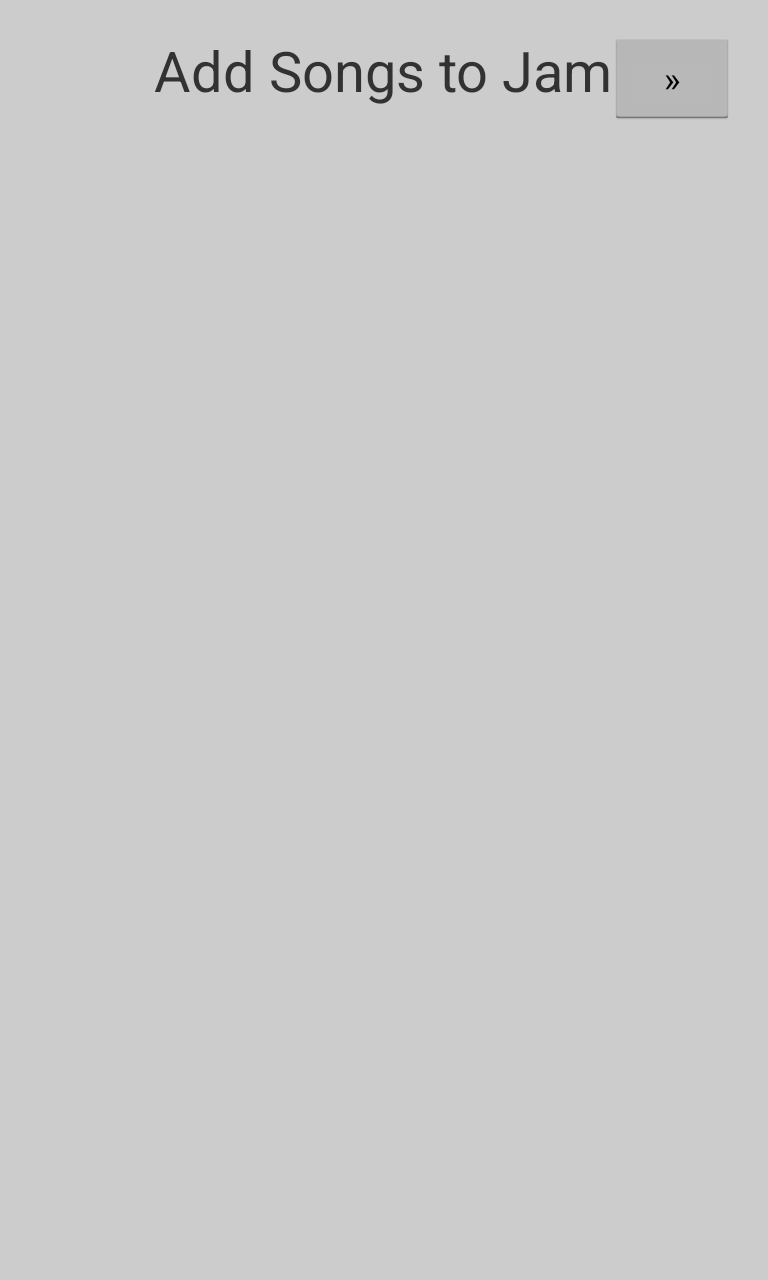
Repository: JayThomason/Tutti
Layout: tuttiUI/tuttiUI/res/layout/activity_new_jam.xml
An editor plug-in stored every save of this project. The layout is shown before and after the next save, followed by the edit.
It is drawn on a 768 x 1280 px phone screen (xhdpi) without system bars, with theme AppTheme; the app's code is not run. Lists and similar views that code fills are empty.

Above is the layout before, as saved 2014-03-09 08:25:14.

### tuttiUI/tuttiUI/res/layout/activity_new_jam.xml
<RelativeLayout xmlns:android="http://schemas.android.com/apk/res/android"
    xmlns:tools="http://schemas.android.com/tools"
    android:layout_width="match_parent"
    android:layout_height="match_parent"
    android:paddingBottom="@dimen/activity_vertical_margin"
    android:paddingLeft="@dimen/activity_horizontal_margin"
    android:paddingRight="@dimen/activity_horizontal_margin"
    android:paddingTop="@dimen/activity_vertical_margin"
    android:background="#CCCCCC"
    tools:context=".NewJamActivity" >

    <TextView
        android:id="@+id/textView1"
        android:layout_width="wrap_content"
        android:layout_height="wrap_content"
        android:layout_centerHorizontal="true"
        android:text="@string/add_to_jam"
        android:textSize="28sp" />

    <ListView
        android:id="@+id/listView1"
        android:layout_width="match_parent"
        android:layout_height="wrap_content"
        android:layout_centerHorizontal="true"
        android:layout_centerVertical="true"
        android:layout_below="@+id/textView1" >
    </ListView>

    <Button
        android:id="@+id/button1"
        android:layout_width="wrap_content"
        android:layout_height="wrap_content"
        android:layout_alignBaseline="@+id/textView1"
        android:layout_alignBottom="@+id/textView1"
        android:layout_alignParentRight="true"
        android:text="»"
        android:onClick="viewJam"/>

</RelativeLayout>

### tuttiUI/tuttiUI/res/values/strings.xml
<?xml version="1.0" encoding="utf-8"?>
<resources>

    <string name="app_name">tuttiUI</string>
    <string name="action_settings">Settings</string>
    <string name="hello_world">Hello world!</string>
    <string name="tuttilogo">Tutti Logo</string>
    <string name="new_jam">New Jam</string>
    <string name="join_jam">Join Jam</string>
    <string name="settings">Settings</string>
    <string name="help">Help</string>
    <string name="tutti_logo">Tutti Logo</string>
    <string name="title_activity_new_jam">NewJamActivity</string>
    <string name="title_activity_join_jam">JoinJamActivity</string>
    <string name="nearby_jams">Nearby Jams</string>
    <string name="add_to_jam">Add Songs to Jam</string>
    <string name="title_activity_view_jam">ViewJamActivity</string>
    <string name="audrey_jam">Audrey\'s Galaxy Note Jam</string>

</resources>

Loaded but not shown: tuttiUI/tuttiUI/res/values/styles.xml (common file); tuttiUI/tuttiUI/res/values-v11/styles.xml (common file); tuttiUI/tuttiUI/res/values-v14/styles.xml (common file); tuttiUI/tuttiUI/res/values/dimens.xml (common file)

After the next save:
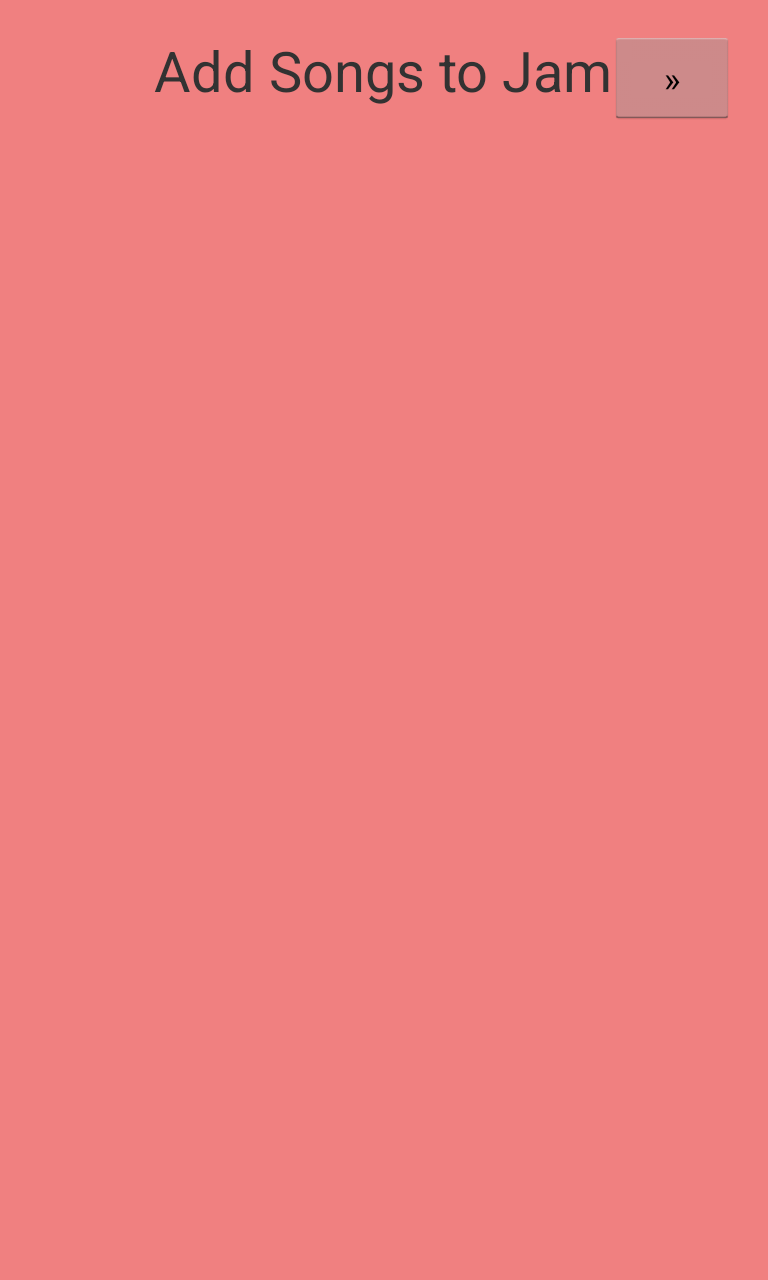
Saved 3 min 55 s later.
--- a/tuttiUI/tuttiUI/res/layout/activity_new_jam.xml
+++ b/tuttiUI/tuttiUI/res/layout/activity_new_jam.xml
@@ -6,7 +6,7 @@
     android:paddingLeft="@dimen/activity_horizontal_margin"
     android:paddingRight="@dimen/activity_horizontal_margin"
     android:paddingTop="@dimen/activity_vertical_margin"
-    android:background="#CCCCCC"
+    android:background="#F08080"
     tools:context=".NewJamActivity" >
 
     <TextView
